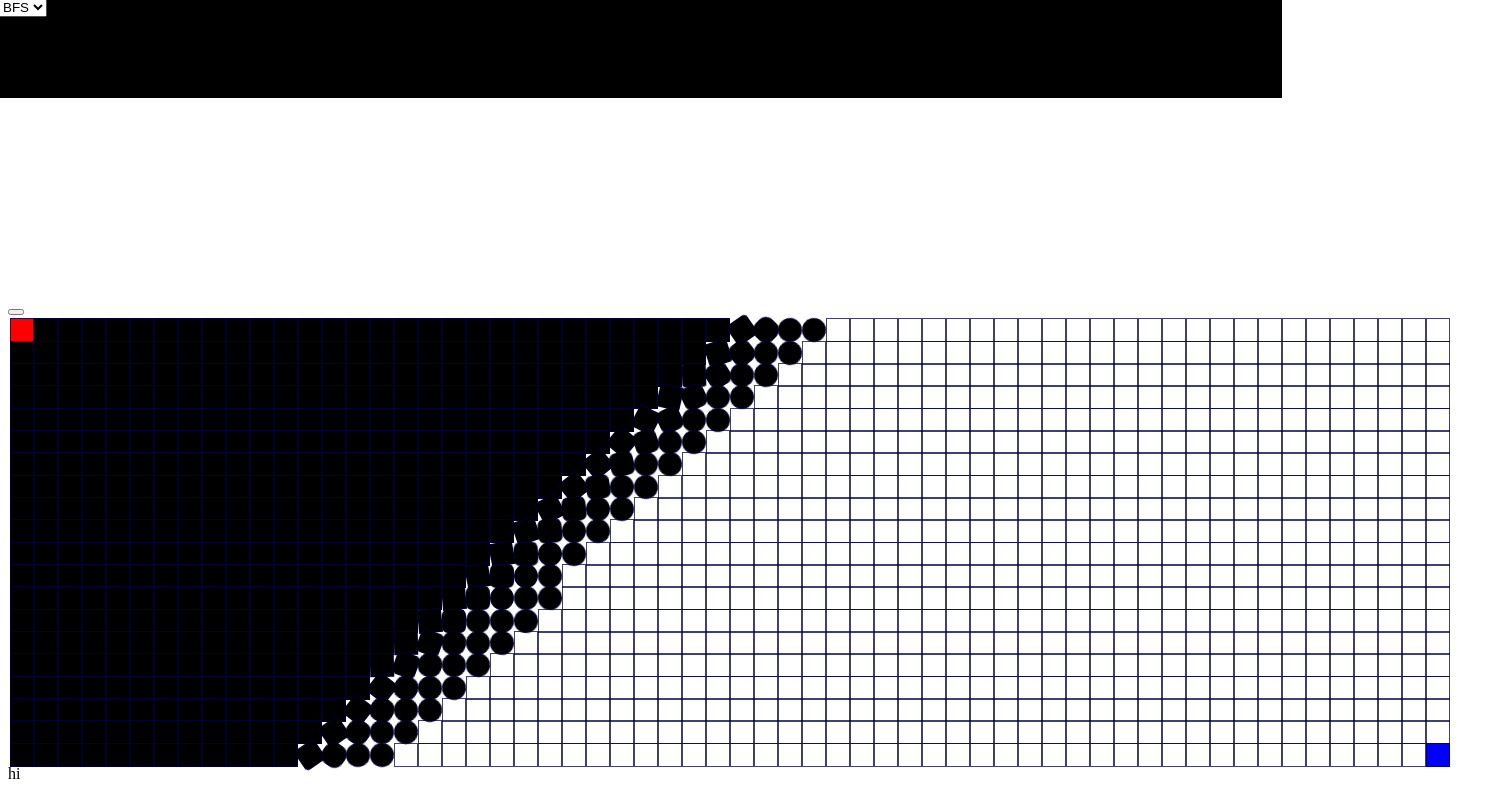
Repository: NikhilJohny/Pathfinding---ReactJS
Page: /, after clicking the first element matching `button`
An editor plug-in stored every save of this project. The page is shown before and after the next save, followed by the edit.
The browser window is 1280 px wide. The page is 1508 px wide, so the pictures cover 1508 px, including what lies to the right of the window. The pictures show the whole page.
The project was rebuilt for these pictures with package versions that can differ from the ones it lists, and the page was loaded fresh each time.

Above is the page before, as saved 2021-05-11 10:59:47.

### src/index.js
import React from 'react'
import ReactDOM from 'react-dom'
import App from './App'

ReactDOM.render(
  <App/>,
  document.getElementById('root')
)

### src/App.js
import React from "react"
import PathFindingView from './PathFindingView'

class App extends React.Component {
    render() {
        return (
            <PathFindingView />
        )
    }
}

export default App;

### src/PathFindingView.js
import React, { Component } from "react";
import Nodes from "./Nodes";
import "./Node.css";
import update from "react-addons-update";
import Algorithms from "./Algorithms/pathfind/Algorithms";
import Header from './header'

let cunt = 0
export default class PathFindingView extends Component {
  constructor() {
    super();
    this.state = {
      board: [],
      mousePressed: false,
      currentGrid: {
        row: -1,
        col: -1,
        start: false,
        end: false,
        previous: null,
        top: null,
        bottom: null,
        left: null,
        right: null,
        wall: false,
      },
      paused : false,
      algorithm : null,
      startNode : {
        row: 0,
        col: 0,
        start: true,
        end: false,
        previous: null,
        top: null,
        bottom: 1,
        left: null,
        right: 1,
        wall: false,
      },
      endNode : null
    };
  }

  componentDidMount() {
    const arr = grid();
    this.setState({ board: arr });
    console.log(window.innerWidth);
  }

  changeStateFunction(currentNode){
    document.getElementById(`row-${currentNode.row}-col-${currentNode.col}`).className = 'Node node-visited'
  }

  togglePausedFunction(){
    const paused = this.state.paused
    this.setState({
      paused : !paused
    })
  }


  updateIndex(rows, cols, content) {
    this.setState(
      update(this.state, {
        board: {
          [rows]: {
            [cols]: {
              $set: content,
            },
          },
        },
        mousePressed: {
          $set: true,
        },
        currentGrid: {
          $set: content,
        },
      })
    );
  }

  mouseDownFunctions(rows, cols) {
    const grid = this.state.board;
    console.log(this.state.startNode)
    if(!grid[rows][cols].start && !grid[rows][cols].end){
      grid[rows][cols].wall = !grid[rows][cols].wall;
      this.updateIndex(rows, cols, grid[rows][cols]);
    }else{
        this.setState({
          mousePressed : true,
          currentGrid : grid[rows][cols]
        })
    }
  }


  mouseEnterFunction(rows, cols) {
    const grid = this.state.board;
    if (!this.state.mousePressed || this.state.currentGrid === grid[rows][cols])
      return;
    if(this.state.currentGrid.start || this.state.currentGrid.end && grid[rows][cols] != this.state.currentGrid ){
      if(!grid[rows][cols].end && !grid[rows][cols].start){
        if(this.state.currentGrid.start && !grid[rows][cols].end){
          grid[rows][cols].start = true
          grid[rows][cols].wall = false
          grid[this.state.currentGrid.row][this.state.currentGrid.col].start = false
          this.setState({
            currentGrid : grid[rows][cols],
            startNode : grid[rows][cols]
          })
        }else if(this.state.currentGrid.end && !grid[rows][cols].start){
          grid[rows][cols].end = true
          grid[rows][cols].wall = false
          grid[this.state.currentGrid.row][this.state.currentGrid.col].end = false
          this.setState({
            currentGrid : grid[rows][cols],
            endNode : grid[rows][cols]
          })
        }
      }
    }else if(!grid[rows][cols].start && !grid[rows][cols].end){
      grid[rows][cols].wall = !grid[rows][cols].wall;
      this.updateIndex(rows, cols, grid[rows][cols]);
    }
    return
  }


  mouseUpFunction() {
    this.setState({
      mousePressed: false,
    });
  }

  render() {
    const testing = []
    let temp = {
      row: 1,
      col: 1,
      start: false,
      end: false,
      previous: null,
      top: null,
      bottom: null,
      left: null,
      right: null,
      wall: false,
    }
    const grid = this.state.board
    const NodeComponent = this.state.board.map((rows, rowKeys) => {
      return (
        <tr className={`rowIndex-${rowKeys}`}>
          {rows.map((cols, colKeys) => {
            return (
              <Nodes
                id={colKeys}
                row={cols.row}
                col={cols.col}
                wall={cols.wall}
                start={cols.start}
                end = {cols.end}
                visited = {cols.visited}
                onMouseDown={(row, col) => this.mouseDownFunctions(row,col)}
                onMouseEnter={(row, col) => this.mouseEnterFunction(row ,col)}
                onMouseUp={() => this.mouseUpFunction()}
              />
            )
          })}
        </tr>
      )
    });
    return (
      <div>
        <Header/>
        <div className="canvas">
          <button onClick={(()=>{
            this.setState({
              paused : true
            })
          })}></button>
          {testing}
          <table>
            <tbody>
              {NodeComponent}
            </tbody>
          </table>
          <Algorithms
              change = {(newVal)=>this.changeStateFunction(newVal)}
              current = {grid}
              i = {cunt++}
              paused = {this.state.paused}
              start = {this.state.startNode}
              togglePaused = {() => this.togglePausedFunction()}
            />
        </div>
      </div>
    )
  }
}

const grid = () => {
  const rowArray = [];
  for (let i = 0; i < 20; i++) {
    const colArray = [];
    for (let j = 0; j < 60; j++) {
      colArray.push(createNode(i, j));
    }
    rowArray.push(colArray);
  }
  rowArray[0][0].start = true;
  rowArray[rowArray.length - 1][rowArray[0].length - 1].end = true;
  return rowArray;
};

const createNode = (i, j) => {
  const NodeObj = {
    row: i,
    col: j,
    start: false,
    end: false,
    previous: null,
    top: i === 0 ? null : i - 1,
    bottom: i === 19 ? null : i + 1,
    left: j === 0 ? null : j - 1,
    right: j === 59 ? null : j + 1,
    wall: false,
    visited : false
  };
  return NodeObj;
};

### src/Nodes.js
import React , {Component} from "react"
import './Node.css';

class Nodes extends Component{

    render(){
        const nodeClass = this.props.wall ? 'Node node-wall' :  this.props.start ? 'Node node-start' : this.props.end ? 'Node node-end' : this.props.visited ? 'Node node-visited' : 'Node'
        return(
            <td className = {nodeClass}
            id = {`row-${this.props.row}-col-${this.props.col}`}
            onMouseDown = {() => this.props.onMouseDown(this.props.row,this.props.col)}
            onMouseEnter = {() => this.props.onMouseEnter(this.props.row,this.props.col)}
            onMouseUp = {() => this.props.onMouseUp()}
            >
            </td>
        )
    }
}

export default Nodes;

### src/Node.css
    .Header {
        margin-top: -10px;
        margin-left: -10px;
        margin-right: -10px;
        background-color: black;
        min-height: 100px;
    }

    .canvas {
        margin-top: 200px;
        min-width: 1500px;
        max-width: 1530px;
    }

    .Node {
        margin-bottom: -4px;
        width: 20px;
        height: 20px;
        border: 1px solid rgba(0, 0, 66, 0.75);
        display: inline-block;
    }

    .node-wall {
        animation-name: visitedAnimation;
        animation-duration: 0.1s;
        animation-timing-function: ease-out;
        animation-delay: 0;
        animation-direction: alternate;
        animation-iteration-count: 1;
        animation-fill-mode: forwards;
        animation-play-state: running;
    }

    @keyframes visitedAnimation {
        0% {
            transform: scale(0.3);
            background-color: rgba(0, 0, 66, 0.75);
            border-radius: 100%;
        }
        50% {
            background-color: rgba(0, 0, 66, 0.75);
        }
        75% {
            transform: scale(1.2);
            background-color: rgba(0, 0, 66, 0.75);
        }
        100% {
            transform: scale(1);
            background-color: rgba(0, 0, 66, 0.75);
            border-color: transparent;
        }
    }

    .node-start {
        background-color: red;
    }

    .node-end {
        background-color: blue;
    }

    .node-visited {
        animation: square-to-circle 0.3s infinite cubic-bezier(1, .015, .295, 1.225) alternate;
        /* animation-name: visitedAnimation1; */
        animation-duration: 1s;
        animation-timing-function: ease-out;
        animation-delay: 0;
        animation-direction: alternate;
        animation-iteration-count: 1;
        animation-fill-mode: forwards;
        animation-play-state: running;
    }

    @keyframes square-to-circle {
        0% {
            border-radius: 100% 100% 100% 100%;
            background: black;
            transform: rotate(0deg);
        }
        25% {
            border-radius: 75% 75% 75% 75%;
            background: black;
            transform: rotate(45deg);
        }
        50% {
            border-radius: 50% 50% 50% 50%;
            background: black;
            transform: rotate(90deg);
        }
        75% {
            border-radius: 25% 25% 25% 25%;
            background: black;
            transform: rotate(180deg);
        }
        100% {
            background: black;
            transform: rotate(360deg);
        }
    }
    /* @keyframes visitedAnimation1 {
    0% {
        transform: scale(1.3);
    }
    50% {
        background-color: greenyellow;
        transform: rotateY(60deg);
        transform: scale(1.2);
    }
    75% {
        background-color: greenyellow;
        transform: rotateY(120deg);
        transform: scale(1.1);
    }
    100% {
        transform: rotateY(180deg);
        transform: scale(1);
        background-color: greenyellow;
        border-color: transparent;
    }
} */

### src/Algorithms/pathfind/Algorithms.js
import React, { Component } from "react"
let speed = 1
export default class Algorithms extends Component {

    dfs(grid, start) {
        let neighbors = [start]
        let visited = new Set()
        let cacheNeighbours = new Set()
        while (neighbors.length) {
            let current = neighbors.pop()
            console.log(neighbors.length)
            if (current.end) return
            else {
                if (!current.wall) {
                    visited.add(current)
                    setTimeout(() => {
                        this.props.change(current)
                    }, 10 * speed++)
                    if (current.top != null && !visited.has(grid[current.top][current.col])) {
                        neighbors.push(grid[current.top][current.col])
                    }
                    if (current.bottom != null && !visited.has(grid[current.bottom][current.col])) {
                        neighbors.push(grid[current.bottom][current.col])
                    }
                    if (current.left != null && !visited.has(grid[current.row][current.left])) {
                        neighbors.push(grid[current.row][current.left])
                    }
                    if (current.right != null && !visited.has(grid[current.row][current.right])) {
                        neighbors.push(grid[current.row][current.right])
                    }
                }
            }
        }
            // let visited = new Set()
            // let neighbors = []
            // neighbors.push(start)
            // while (neighbors.length) {
            //     let currentNode = neighbors.pop()
            //     if (currentNode.end) {
            //         this.props.togglePaused()
            //         return
            //     }
            //     if (!currentNode.wall) {
            //         currentNode.visisted = true
            //         setTimeout(() => {
            //             this.props.change(currentNode);
            //           }, 10 * speed++);
            //         visited.add(currentNode)

            //         if (currentNode.top && !visited.has(grid[currentNode.top][currentNode.col])) {
            //             neighbors.push(grid[currentNode.top][currentNode.col])
            //         }
            //         if (currentNode.bottom && !visited.has(grid[currentNode.bottom][currentNode.col])) {
            //             neighbors.push(grid[currentNode.bottom][currentNode.col])
            //         }
            //         if (currentNode.left && !visited.has(grid[currentNode.row][currentNode.left])) {
            //             neighbors.push(grid[currentNode.row][currentNode.left])
            //         }
            //         if (currentNode.right && !visited.has(grid[currentNode.row][currentNode.right])) {
            //             neighbors.push(grid[currentNode.row][currentNode.right])
            //         }
            //     }
            // }
    }

    bfs(grid,start){
        let neighbors = []
        let visited = new Set()
        neighbors.push(start)
        let cacheNeighbours = new Set()
        while (neighbors.length) {
            let current = neighbors.shift()
            if (current.end) return
            else {
                if (!current.wall) {
                    if(!current.start){
                        visited.add(grid[current.row][current.col])
                        setTimeout(() => {
                            this.props.change(current)
                        }, ++speed)
                    }
                    if (current.top != null && !visited.has(grid[current.top][current.col]) && !cacheNeighbours.has(grid[current.top][current.col])) {
                        cacheNeighbours.add(grid[current.top][current.col])
                        neighbors.push(grid[current.top][current.col])
                    }
                    if (current.bottom != null && !visited.has(grid[current.bottom][current.col]) && !cacheNeighbours.has(grid[current.bottom][current.col])) {
                        cacheNeighbours.add(grid[current.bottom][current.col])
                        neighbors.push(grid[current.bottom][current.col])
                    }
                    if (current.left != null && !visited.has(grid[current.row][current.left] && !cacheNeighbours.has(grid[current.row][current.left]))) {
                        cacheNeighbours.add(grid[current.row][current.left])
                        neighbors.push(grid[current.row][current.left])
                    }
                    if (current.right != null && !visited.has(grid[current.row][current.right]) && !cacheNeighbours.has(grid[current.row][current.right])) {
                        cacheNeighbours.add(grid[current.row][current.right])
                        neighbors.push(grid[current.row][current.right])
                    }
                }
            }
        }
    }
    render() {
        if (this.props.paused) {
            let clone = Object.assign({}, this.props.current)
            this.bfs(clone, this.props.start)
            this.props.togglePaused()
        }
        return (
            <div>hi</div>
        )
    }
}

### src/header.js
import React, {Component} from "react"
import "./Node.css";
export default class Header extends Component{
    render(){
        return(
            <nav className = "Header">
                <select>
                    <option>BFS</option>
                    <option>DFS</option>
                </select>
            </nav>
        )
    }
}

Loaded but not shown: public/index.html (common file)

After the next save:
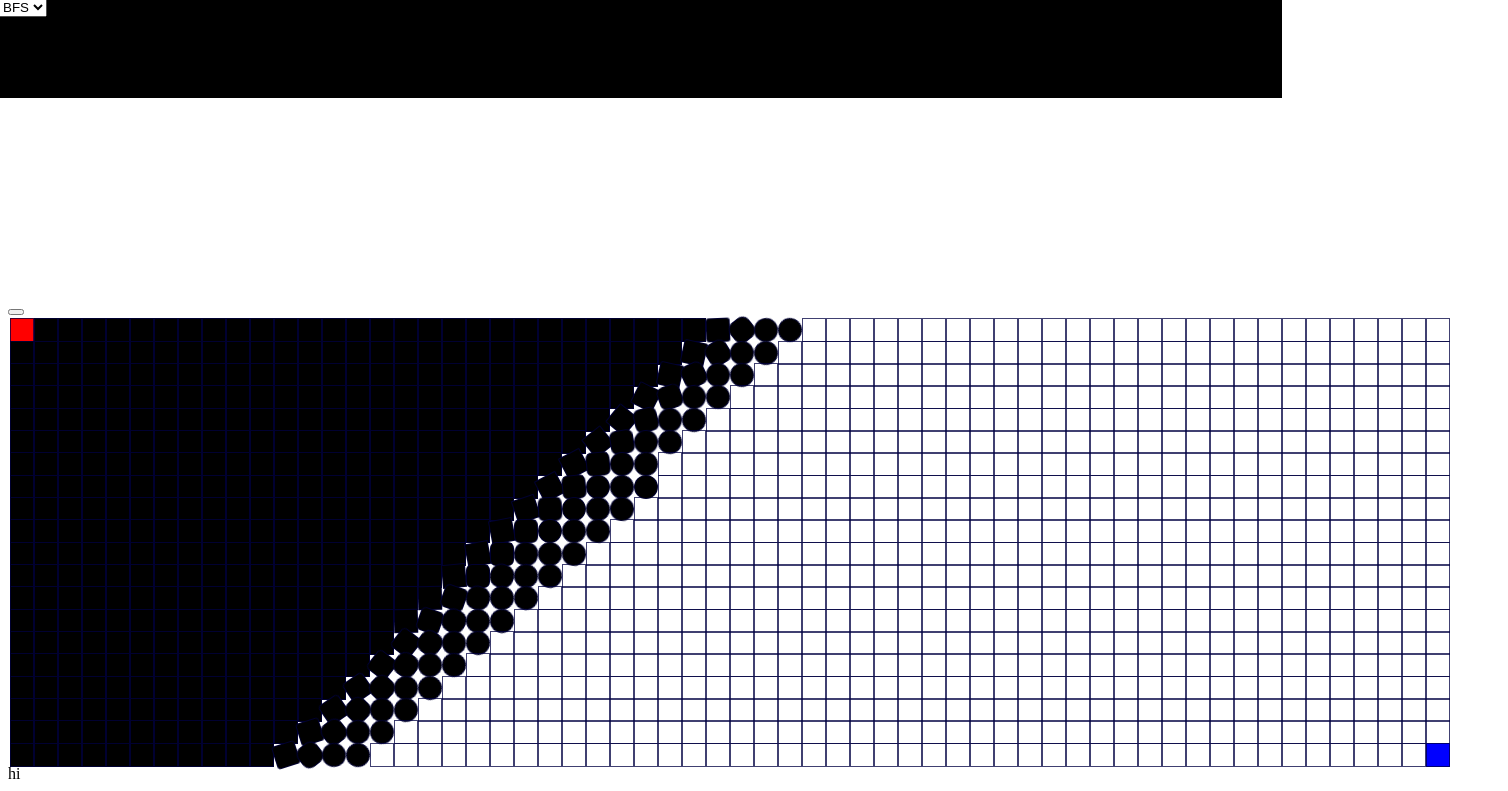
Saved 25 s later.
--- a/src/Node.css
+++ b/src/Node.css
@@ -60,7 +60,7 @@
     }
 
     .node-visited {
-        animation: square-to-circle 0.3s infinite cubic-bezier(1, .015, .295, 1.225) alternate;
+        animation: square-to-circle 1s .2s infinite cubic-bezier(1, .015, .295, 1.225) alternate;
         /* animation-name: visitedAnimation1; */
         animation-duration: 1s;
         animation-timing-function: ease-out;
